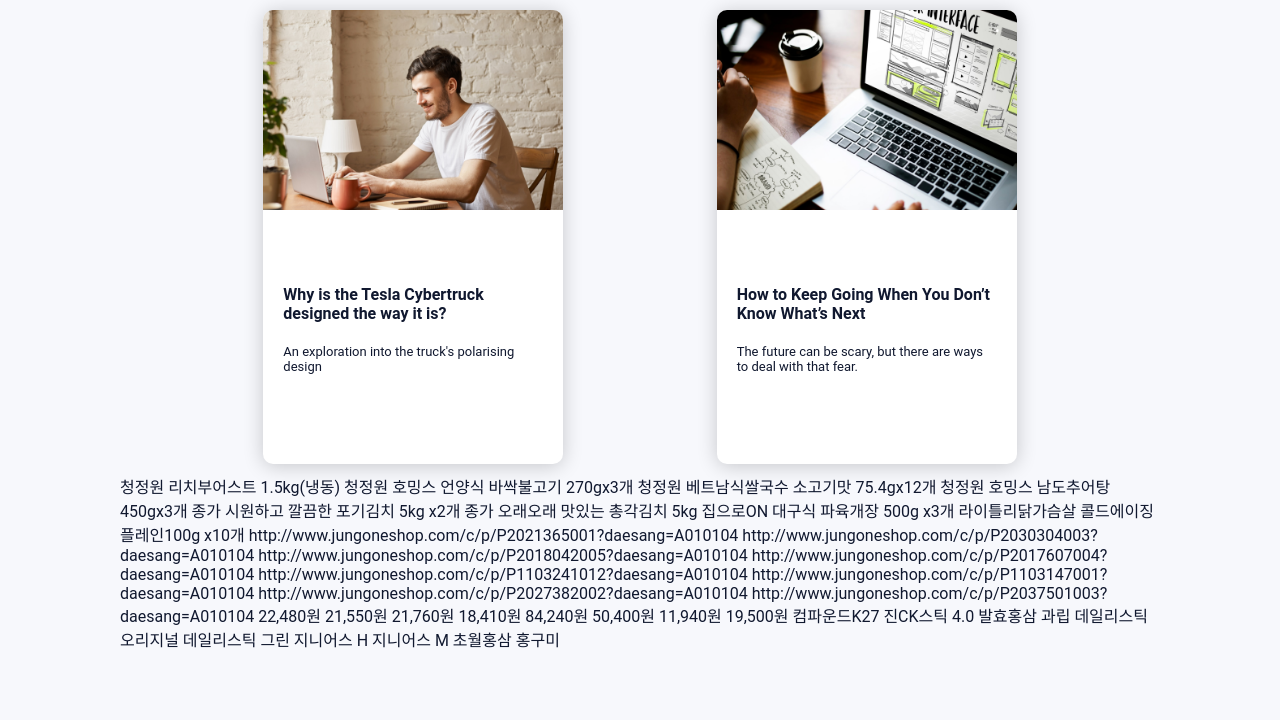
Repository: Nam936/exercises
Page: card.html
An editor plug-in stored every save of this project. The page is shown before and after a run of saves, followed by the edit.
The browser window is 1280 px wide. The pictures show the whole page.

Above is the page before, as saved 2023-01-13 13:21:33.

After the next 2 saves:
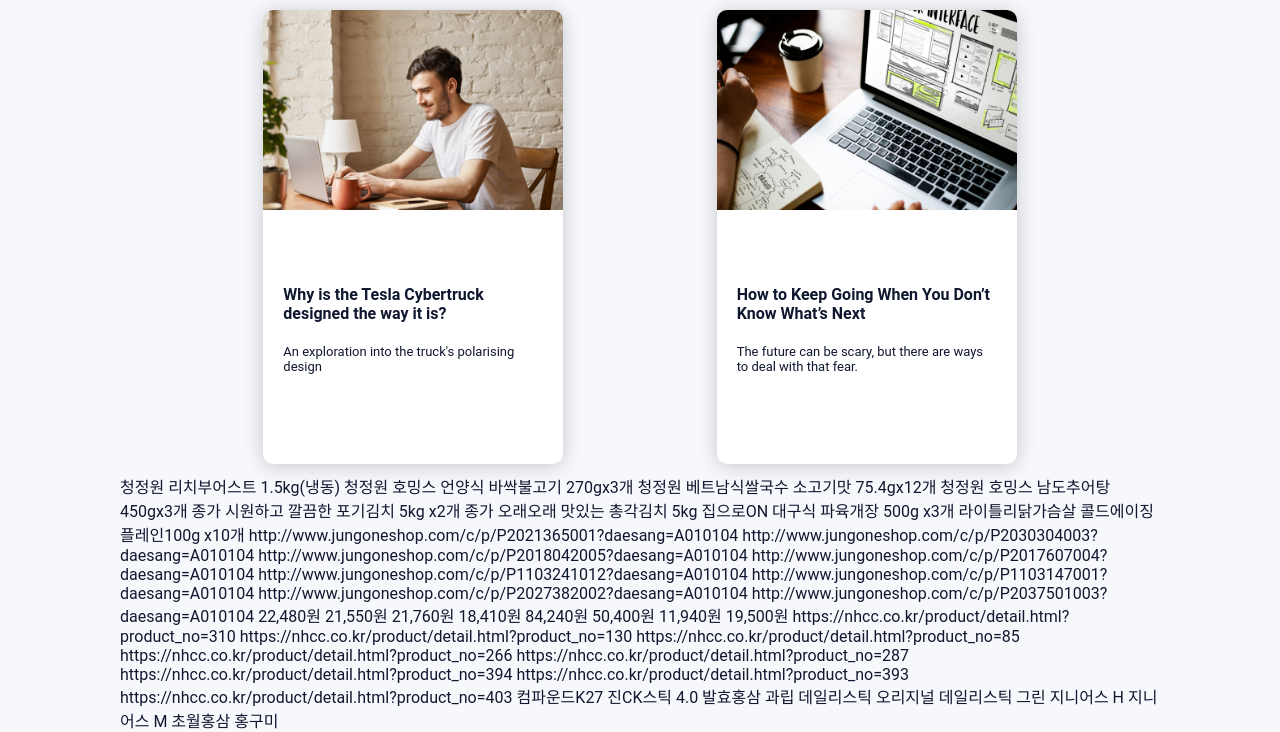
The 2 saves are shown as one change because they came seconds apart.
The last was saved 10 s later.
--- a/card.html
+++ b/card.html
@@ -260,6 +260,15 @@ http://www.jungoneshop.com/c/p/P2037501003?daesang=A010104
 
 
 
+https://nhcc.co.kr/product/detail.html?product_no=310
+https://nhcc.co.kr/product/detail.html?product_no=130
+https://nhcc.co.kr/product/detail.html?product_no=85
+https://nhcc.co.kr/product/detail.html?product_no=266
+https://nhcc.co.kr/product/detail.html?product_no=287
+https://nhcc.co.kr/product/detail.html?product_no=394
+https://nhcc.co.kr/product/detail.html?product_no=393
+https://nhcc.co.kr/product/detail.html?product_no=403
+
 컴파운드K27
 진CK스틱 4.0
 발효홍삼 과립
